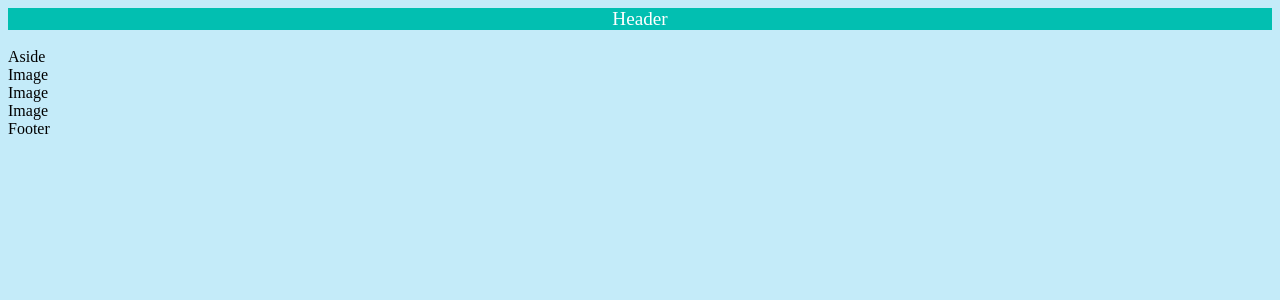
Repository: huyennvo/CSS
Page: flex-css-example/index.html
These files come from the project's save history. The page is drawn as it stood at one moment and after the next save; the edit follows.
The browser window is 1280 px wide. The pictures show the whole page.

Above is the page before, as saved 2022-07-18 10:36:43.

### flex-css-example/index.html
<!DOCTYPE html>
<html lang="en">
<head>
    <meta charset="UTF-8">
    <meta http-equiv="X-UA-Compatible" content="IE=edge">
    <meta name="viewport" content="width=device-width, initial-scale=1.0">
    <title>Flexbox example</title>
    <link rel="stylesheet" href="./index.css">
</head>
<body>
    <div class="container">
        <div class="header">
            Header
        </div>
        <br>
        <div class="body">
            <div class="body-left">Aside</div>
            <div class="body-right">
                <div class="item1">Image</div>
                <div class="item2">Image</div>
                <div class="item3">Image</div>
            </div>
        </div>
        <div class="footer">
            <footer>Footer</footer>
        </div>
    </div>
</body>
</html>

### flex-css-example/index.css
.container {

}
.header {
    background-color: #02BFB1;
    text-align: center;
    color: white;
    font-size: larger
}

html {
    background-color: #C4EBF9;
}

After the next save:
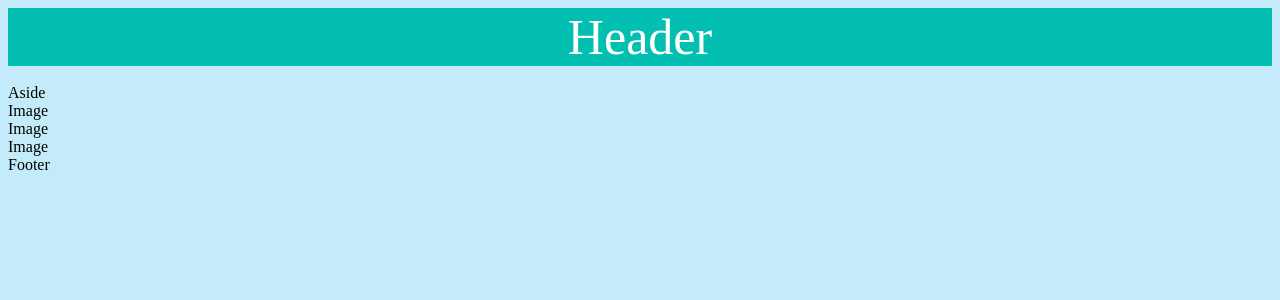
Saved 7 s later.
--- a/flex-css-example/index.css
+++ b/flex-css-example/index.css
@@ -5,7 +5,7 @@
     background-color: #02BFB1;
     text-align: center;
     color: white;
-    font-size: larger
+    font-size: 50px
 }
 
 html {
